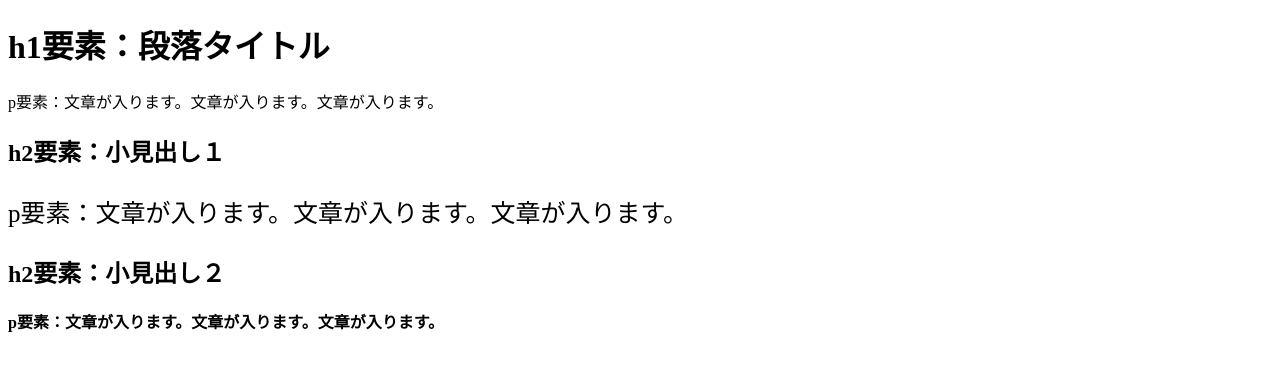
Repository: mizuki520/samurai_HTML-CSS
Page: index.html
The author's editor kept a record of every edit. The page is drawn from the files as they stood at one moment, then again after the next edit.
The browser window is 1280 px wide. The pictures show the whole page.

Above is the page before.

### index.html
<!DOCTYPE html>
<html lang-"ja">
 <head>
  <meta charset="UTF-8">
  <title>HTML/CSSの学習</title>
  </head>
 <body>
  <h1 class="blue">h1要素：段落タイトル</h1>
  <p>p要素：文章が入ります。文章が入ります。文章が入ります。</p>
  <h2 class="blue">h2要素：小見出し１</h2>
  <p style="font-size: 25px;">
   p要素：文章が入ります。文章が入ります。文章が入ります。</p>
  <h2 id="red">h2要素：小見出し２</h2>
  <p style="font-weight: bold;">
   p要素：文章が入ります。文章が入ります。文章が入ります。</p>
 </body>
</html>

After the next edit:
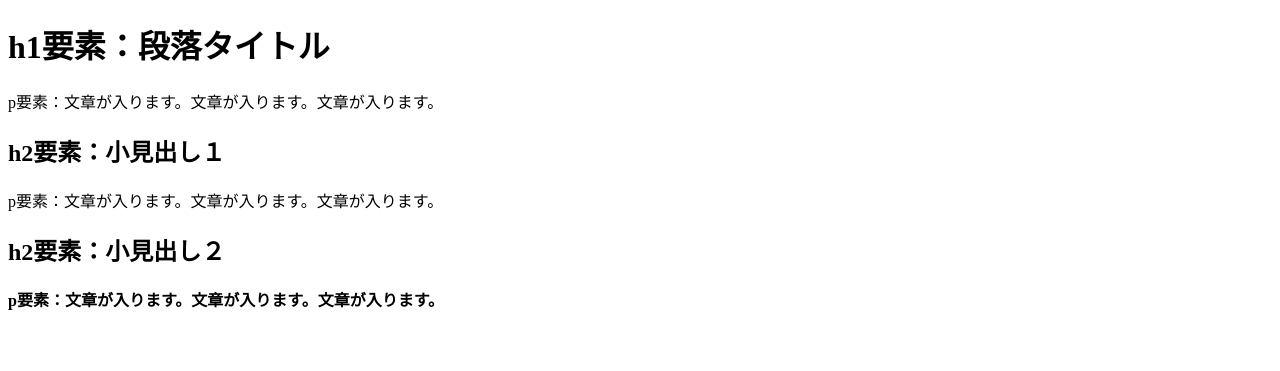
The edit:
--- a/index.html
+++ b/index.html
@@ -8,7 +8,7 @@
   <h1 class="blue">h1要素：段落タイトル</h1>
   <p>p要素：文章が入ります。文章が入ります。文章が入ります。</p>
   <h2 class="blue">h2要素：小見出し１</h2>
-  <p style="font-size: 25px;">
+  <p class="fs-25">
    p要素：文章が入ります。文章が入ります。文章が入ります。</p>
   <h2 id="red">h2要素：小見出し２</h2>
   <p style="font-weight: bold;">
